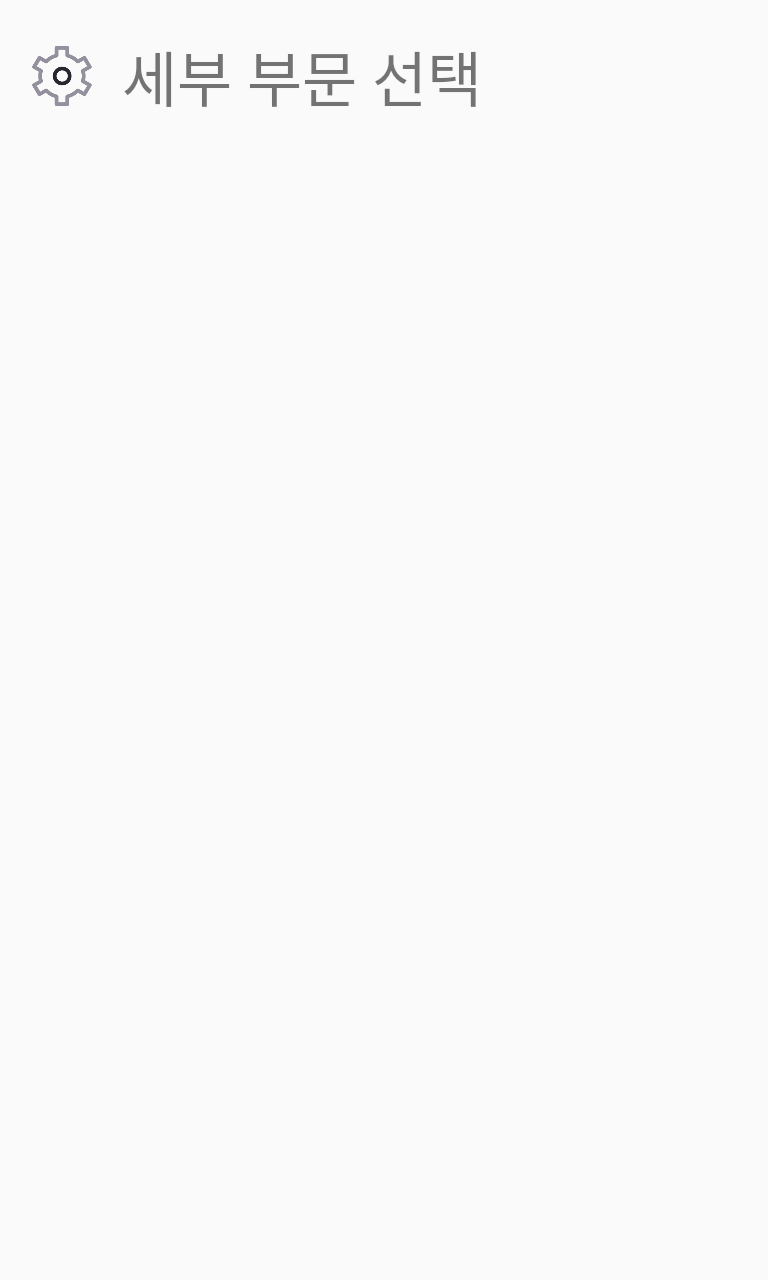
Repository: team-peony/ccfinder
Layout: android/CertifiedCompanyFinder/res/layout/fragment_category_ks.xml
The author's editor kept a copy of each file at every save. The layout is drawn from the files as they stood at one save, then again after the next save.
It is drawn on a 768 x 1280 px phone screen (xhdpi) without system bars, with theme AppTheme; the app's code is not run.

Above is the layout before, as saved 2015-02-20 05:31:08.

### android/CertifiedCompanyFinder/res/layout/fragment_category_ks.xml
<RelativeLayout xmlns:android="http://schemas.android.com/apk/res/android"
    xmlns:tools="http://schemas.android.com/tools"
    android:layout_width="match_parent"
    android:layout_height="match_parent"
    android:paddingBottom="@dimen/activity_vertical_margin"
    android:paddingLeft="@dimen/activity_horizontal_margin"
    android:paddingRight="@dimen/activity_horizontal_margin"
    android:paddingTop="@dimen/activity_vertical_margin"
    tools:context="com.peony.ccfinder.CategoryKsActivity$PlaceholderFragment" >

    <LinearLayout
        android:layout_width="wrap_content"
        android:layout_height="wrap_content"
        android:orientation="horizontal"
        android:gravity="center_vertical">
        <ImageView
            android:layout_width="30dp"
            android:layout_height="30dp"
            android:src="@drawable/ks_icon"/>
	    <TextView
	        android:layout_width="wrap_content"
	        android:layout_height="wrap_content"
	        android:layout_marginLeft="15dp"
	        android:textSize="30sp"
	        android:text="세부 부문 선택" />
    </LinearLayout>

</RelativeLayout>

### android/CertifiedCompanyFinder/res/values/styles.xml
<resources>

    <!--
        Base application theme, dependent on API level. This theme is replaced
        by AppBaseTheme from res/values-vXX/styles.xml on newer devices.
    -->
    <style name="AppBaseTheme" parent="Theme.AppCompat.Light">
        <!--
            Theme customizations available in newer API levels can go in
            res/values-vXX/styles.xml, while customizations related to
            backward-compatibility can go here.
        -->
    </style>

    <!-- Application theme. -->
    <style name="AppTheme" parent="AppBaseTheme">
        <!-- All customizations that are NOT specific to a particular API-level can go here. -->
    </style>

</resources>

### android/CertifiedCompanyFinder/res/values/dimens.xml
<resources>

    <!-- Default screen margins, per the Android Design guidelines. -->
    <dimen name="activity_horizontal_margin">16dp</dimen>
    <dimen name="activity_vertical_margin">16dp</dimen>
	<dimen name="category_icon_size">24dp</dimen>
	<dimen name="category_padding">58dp</dimen>
</resources>

Loaded but not shown: android/CertifiedCompanyFinder/res/values-v11/styles.xml (common file); android/CertifiedCompanyFinder/res/values-v14/styles.xml (common file); android/CertifiedCompanyFinder/res/values-w820dp/dimens.xml (common file)

After the next save:
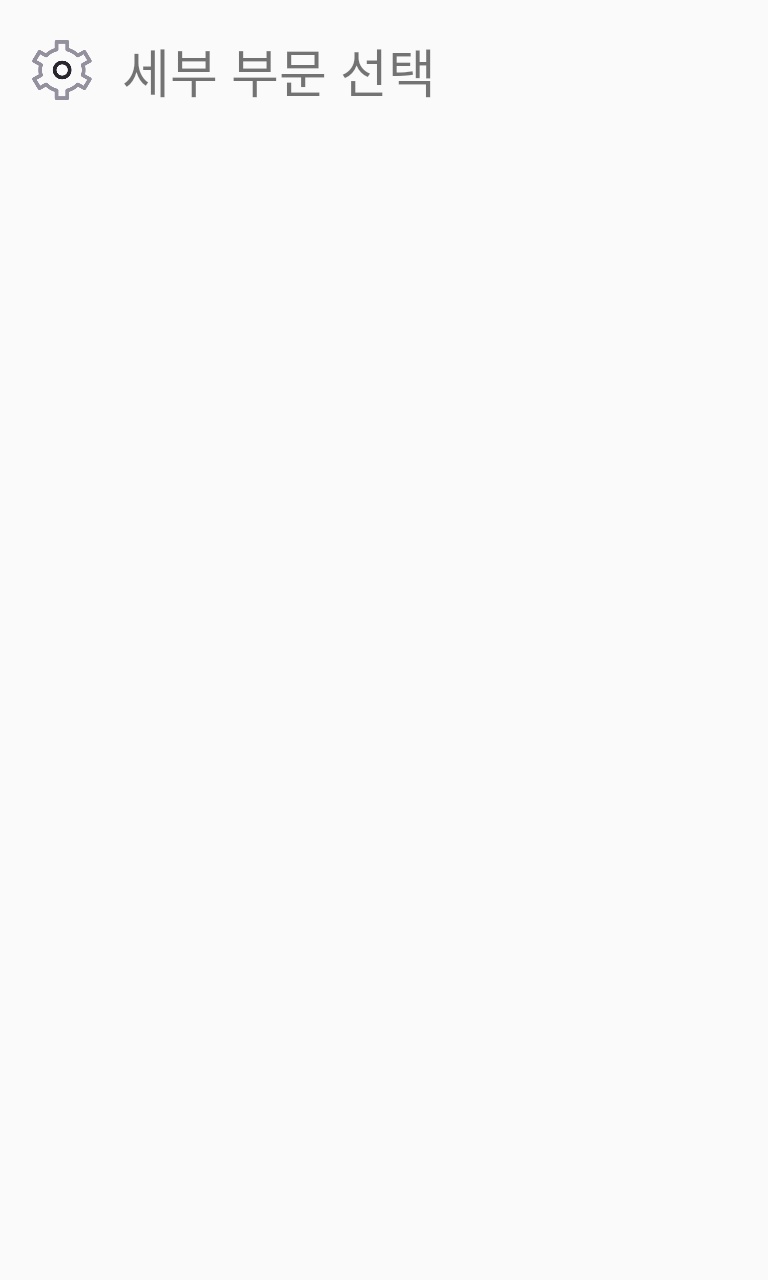
Saved 9 s later.
--- a/android/CertifiedCompanyFinder/res/layout/fragment_category_ks.xml
+++ b/android/CertifiedCompanyFinder/res/layout/fragment_category_ks.xml
@@ -21,7 +21,7 @@
 	        android:layout_width="wrap_content"
 	        android:layout_height="wrap_content"
 	        android:layout_marginLeft="15dp"
-	        android:textSize="30sp"
+	        android:textSize="26sp"
 	        android:text="세부 부문 선택" />
     </LinearLayout>
 
